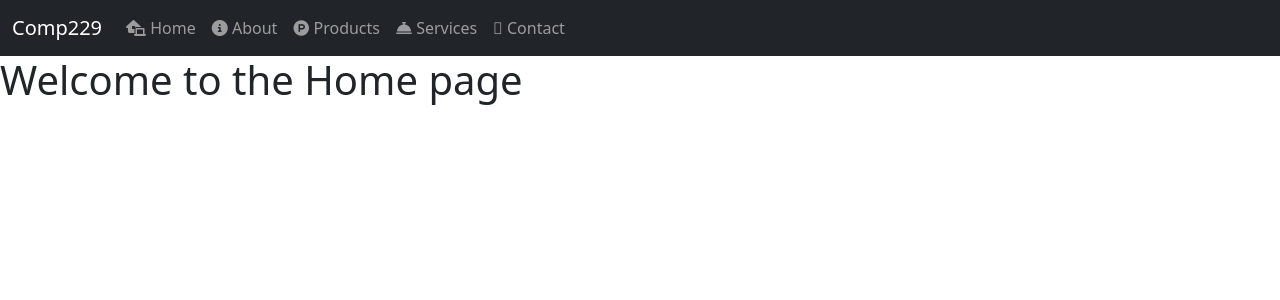
Repository: nhoque7/week3t.2
Page: http://localhost/
An editor plug-in stored every save of this project. The page is shown before and after the next save, followed by the edit.
The browser window is 1280 px wide. The pictures show the whole page.
The page is served by the project's Node server (server.js). Other server files are loaded and not shown.

Above is the page before, as saved 2022-10-13 16:40:31.

### views/index.ejs
<!DOCTYPE html>
<html lang="en">
<head>
  <meta charset="UTF-8">
  <meta http-equiv="X-UA-Compatible" content="IE=edge">
  <meta name="viewport" content="width=device-width, initial-scale=1.0">
  <title><%= title %></title>
  <!-- CSS Section -->
  <link rel="stylesheet" href="/bootstrap/dist/css/bootstrap.min.css">
  <link rel="stylesheet" href="/@fortawesome/fontawesome-free/css/all.min.css">
  <link rel='stylesheet' href='/Content/app.css' />

</head>
<body>
  <!--Main Navigation-->
  <nav class="navbar navbar-expand-lg navbar-dark bg-dark">
    <div class="container-fluid">
      <a class="navbar-brand" href="/">Comp229</a>
      <button class="navbar-toggler" type="button" data-bs-toggle="collapse" data-bs-target="#navbarSupportedContent" aria-controls="navbarSupportedContent" aria-expanded="false" aria-label="Toggle navigation">
        <span class="navbar-toggler-icon"></span>
      </button>

      <div class="collapse navbar-collapse" id="navbarSupportedContent">
        <ul class="navbar-nav me-auto mb-2 mb-lg-0">

          <li class="nav-item">
            <a class="nav-link" aria-current="page" href="/home"><i class="fa-solid fa-house-laptop"></i> Home</a>
          </li>

          <li class="nav-item">
            <a class="nav-link" aria-current="page" href="/about"><i class="fa-sharp fa-solid fa-circle-info"></i> About</a>
          </li>

          <li class="nav-item">
            <a class="nav-link" aria-current="page" href="/products"><i class="fa-brands fa-product-hunt"></i> Products</a>
          </li>

          <li class="nav-item">
            <a class="nav-link" aria-current="page" href="/services"><i class="fa-sharp fa-solid fa-bell-concierge"></i> Services</a>
          </li>

          <li class="nav-item">
            <a class="nav-link" aria-current="page" href="/contact"><i class="fa-duotone fa-mobile"></i> Contact</a>
          </li>

      </div>
    </div>
  </nav>
  <h1>Welcome to the <%= title %> page</h1>





    <!-- Script Section -->
    <script src="/jquery/dist/jquery.min.js"></script>
    <script src="/bootstrap/dist/js/bootstrap.min.js"></script>
    <script src="/Scripts/app.js"></script>

</body>
</html>

### server.js
#!/usr/bin/env node

/**
 * Module dependencies.
 */

var app = require('./app');
var debug = require('debug')('week3.t.2:server');
var http = require('http');

/**
 * Get port from environment and store in Express.
 */

var port = normalizePort(process.env.PORT || '3000');
app.set('port', port);

/**
 * Create HTTP server.
 */

var server = http.createServer(app);

/**
 * Listen on provided port, on all network interfaces.
 */

server.listen(port);
server.on('error', onError);
server.on('listening', onListening);

/**
 * Normalize a port into a number, string, or false.
 */

function normalizePort(val) {
  var port = parseInt(val, 10);

  if (isNaN(port)) {
    // named pipe
    return val;
  }

  if (port >= 0) {
    // port number
    return port;
  }

  return false;
}

/**
 * Event listener for HTTP server "error" event.
 */

function onError(error) {
  if (error.syscall !== 'listen') {
    throw error;
  }

  var bind = typeof port === 'string'
    ? 'Pipe ' + port
    : 'Port ' + port;

  // handle specific listen errors with friendly messages
  switch (error.code) {
    case 'EACCES':
      console.error(bind + ' requires elevated privileges');
      process.exit(1);
      break;
    case 'EADDRINUSE':
      console.error(bind + ' is already in use');
      process.exit(1);
      break;
    default:
      throw error;
  }
}

/**
 * Event listener for HTTP server "listening" event.
 */

function onListening() {
  var addr = server.address();
  var bind = typeof addr === 'string'
    ? 'pipe ' + addr
    : 'port ' + addr.port;
  debug('Listening on ' + bind);
}

### routes/index.js
var express = require('express');
var router = express.Router();

/* GET home page. */
router.get('/', function(req, res, next) {
  res.render('index',
    { title: 'Home'});
});
/* GET home page. */
router.get('/home', function(req, res, next) {
  res.render('index',
    { title: 'Home'});
});
/* GET About page. */
router.get('/about', function(req, res, next) {
  res.render('index',
    { title: 'About'});
});
/* GET Products page. */
router.get('/products', function(req, res, next) {
  res.render('index',
    { title: 'Products'});
});
/* GET Services page. */
router.get('/services', function(req, res, next) {
  res.render('index',
    { title: 'Services'});
});

/* GET Contact Us page. */
router.get('/contact', function(req, res, next) {
  res.render('index',
    { title: 'Contact Us'});
});

module.exports = router;

### app.js
let createError = require('http-errors');
let express = require('express');
let path = require('path');
let cookieParser = require('cookie-parser');
let logger = require('morgan');

let indexRouter = require('./routes/index');
let usersRouter = require('./routes/users');

let app = express();

// view engine setup
app.set('views', path.join(__dirname, 'views'));
app.set('view engine', 'ejs');

app.use(logger('dev'));
app.use(express.json());
app.use(express.urlencoded({ extended: false }));
app.use(cookieParser());
app.use(express.static(path.join(__dirname, 'public')));
app.use(express.static(path.join(__dirname, 'node_modules')));

app.use('/', indexRouter);
app.use('/users', usersRouter);

// catch 404 and forward to error handler
app.use(function(req, res, next) {
  next(createError(404));
});

// error handler
app.use(function(err, req, res, next) {
  // set locals, only providing error in development
  res.locals.message = err.message;
  res.locals.error = req.app.get('env') === 'development' ? err : {};

  // render the error page
  res.status(err.status || 500);
  res.render('error');
});

module.exports = app;

### public/Content/app.css
/*custom css goes here

### public/Scripts/app.js
// IIFE -- Immediately Invoked Function Expression
(function(){
    function Start()
    {
        console.log("App Started...");
    }
    window.addEventListener("load", Start);

});

After the next save:
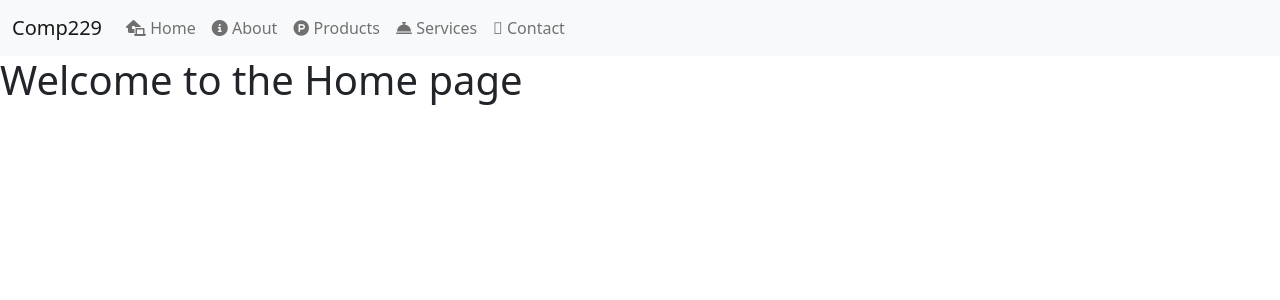
Saved 76 s later.
--- a/views/index.ejs
+++ b/views/index.ejs
@@ -13,7 +13,7 @@
 </head>
 <body>
   <!--Main Navigation-->
-  <nav class="navbar navbar-expand-lg navbar-dark bg-dark">
+  <nav class="navbar navbar-expand-lg navbar-light bg-light">
     <div class="container-fluid">
       <a class="navbar-brand" href="/">Comp229</a>
       <button class="navbar-toggler" type="button" data-bs-toggle="collapse" data-bs-target="#navbarSupportedContent" aria-controls="navbarSupportedContent" aria-expanded="false" aria-label="Toggle navigation">
